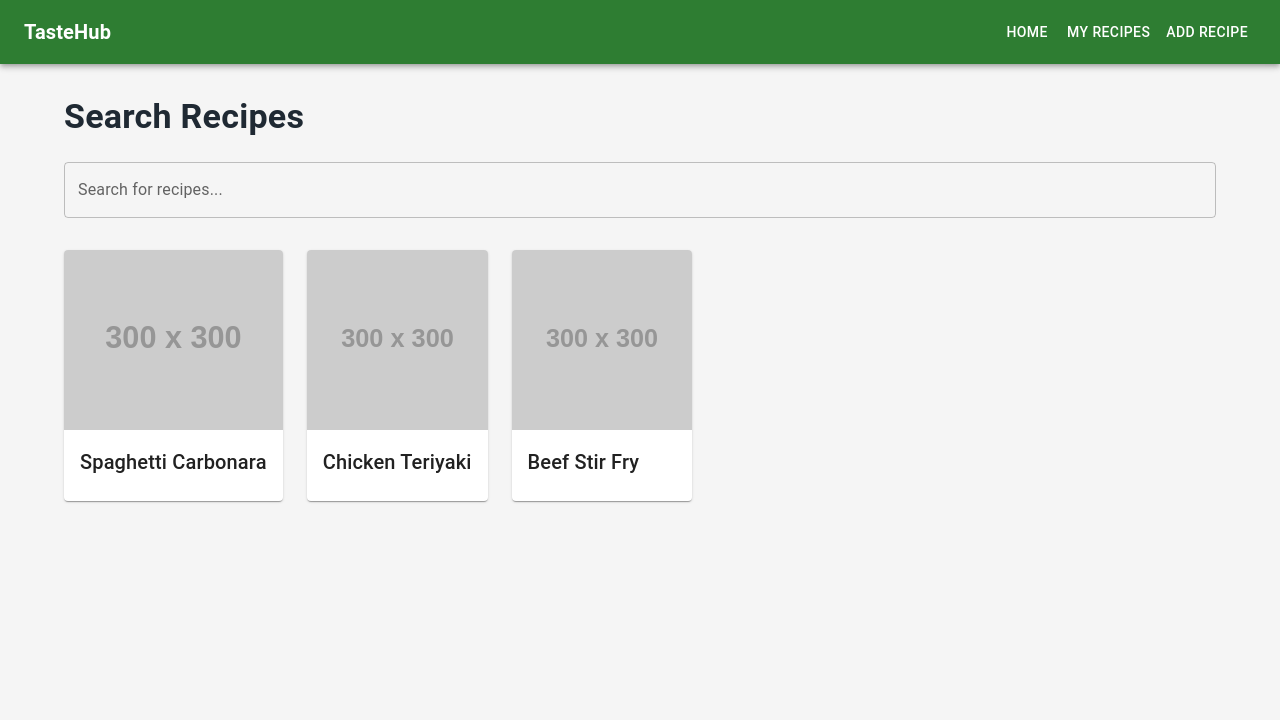
Repository: PabloVega7/TasteHub-Milestone03
Page: /
These files come from the project's save history. The page is drawn as it stood at one moment and after the next save; the edit follows.
The browser window is 1280 px wide. The pictures show the whole page.
The project was rebuilt for these pictures with package versions that can differ from the ones it lists, and the page was loaded fresh each time. Also part of the build but not shown: vite.config.js, src/pages/RecipeDetails.jsx, src/pages/MyRecipes.jsx, src/pages/AddRecipe.jsx, src/pages/EditRecipe.jsx.

Above is the page before, as saved 2025-11-29 12:40:34.

After the next save:
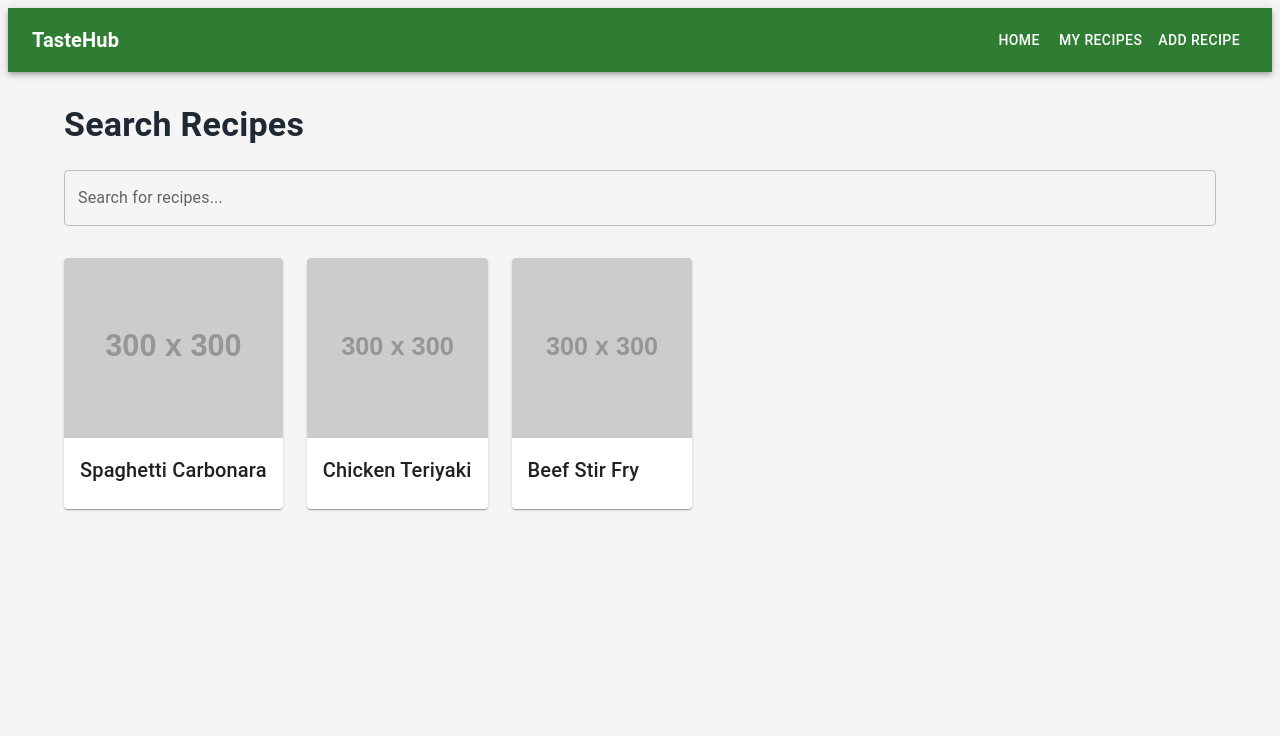
Saved 38 s later.
--- a/src/index.css
+++ b/src/index.css
@@ -7,7 +7,7 @@
 }
 
 body {
-  margin: 0;
+  margin: 20;
   min-height: 100vh;
 }
 
